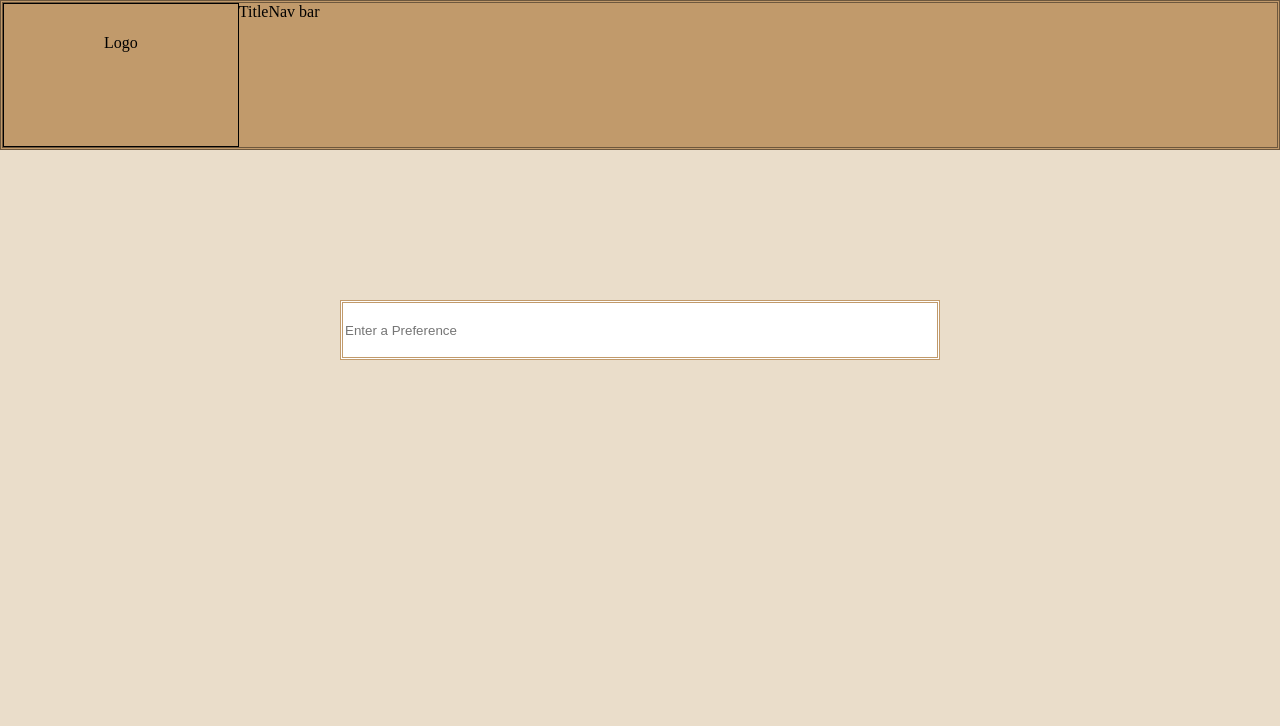
Repository: joshliu14/Travel-Mug
Page: /search
These files come from the project's save history. The page is drawn as it stood at one moment and after the next save; the edit follows.
The browser window is 1280 px wide. The pictures show the whole page.
The project was rebuilt for these pictures with package versions that can differ from the ones it lists, and the page was loaded fresh each time.

Above is the page before, as saved 2024-01-02 12:50:52.

### public/index.html
<!DOCTYPE html>
<html lang="en">
  <head>
    <meta charset="utf-8" />
    <link rel="icon" href="%PUBLIC_URL%/favicon.ico" />
    <link rel="stylesheet" href="./index.css" />
    <meta name="viewport" content="width=device-width, initial-scale=1" />
    <meta name="theme-color" content="#000000" />
    <meta
      name="description"
      content="Web site created using create-react-app"
    />
    <link rel="apple-touch-icon" href="%PUBLIC_URL%/logo192.png" />
    <!--
      manifest.json provides metadata used when your web app is installed on a
      user's mobile device or desktop. See https://developers.google.com/web/fundamentals/web-app-manifest/
    -->
    <link rel="manifest" href="%PUBLIC_URL%/manifest.json" />
    <!--
      Notice the use of %PUBLIC_URL% in the tags above.
      It will be replaced with the URL of the `public` folder during the build.
      Only files inside the `public` folder can be referenced from the HTML.

      Unlike "/favicon.ico" or "favicon.ico", "%PUBLIC_URL%/favicon.ico" will
      work correctly both with client-side routing and a non-root public URL.
      Learn how to configure a non-root public URL by running `npm run build`.
    -->
    <title>Travel Mug</title>
  </head>
  <body>
    <noscript>You need to enable JavaScript to run this app.</noscript>
    <div id="root"></div>
    <!--
      This HTML file is a template.
      If you open it directly in the browser, you will see an empty page.

      You can add webfonts, meta tags, or analytics to this file.
      The build step will place the bundled scripts into the <body> tag.

      To begin the development, run `npm start` or `yarn start`.
      To create a production bundle, use `npm run build` or `yarn build`.
    -->
  </body>
</html>

### src/index.js
import React from "react";
import ReactDOM from "react-dom";
import App from "./App";

import { BrowserRouter } from "react-router-dom";

ReactDOM.render(
  <BrowserRouter>
    <App />
  </BrowserRouter>,
  document.getElementById("root")
);

### src/App.js
import React from "react";
import Home from "./Home";

import { Switch, Route } from "react-router-dom";

const App = () => {
  return (
    <Switch>
      <Route exact path="/search">
        <Home />
      </Route>
    </Switch>
  );
};

export default App;

### src/Home.js
import React from "react";
import "./Home.css";

class Search extends React.Component {
  render() {
    return (
      <div>
        <div className="top">
          <div className="logo">Logo</div>
          <div className="title">Title</div>
          <div className="nav">Nav bar</div>
        </div>
        <div className="bottom">
          <div className="search-container">
            <input className="search-bar" placeholder="Enter a Preference" />
          </div>
        </div>
      </div>
    );
  }
}

export default Search;

### src/Home.css
.top {
  background-color: #c19a6b;
  display: flex;
  min-width: fit-content;
  min-height: 20vh;
  border-width: 3px;
  justify-items: auto;
  border-color: #6d573d;
  border-style: double;
}

.logo {
  padding: 30px 100px;
  border: 1px solid black;
}

.title {
}

.nav {
}

.bottom {
  background-color: #eaddca;
  display: flex;
  justify-content: center;
  min-width: fit-content;
  min-height: 80vh;
}

.search-container {
  justify-content: center;
  padding: 150px;
}

.search-bar {
  width: 600px;
  height: 60px;
  box-sizing: border-box;
  border-width: 3px;
  border-color: #c19a6b;
  border-style: double;
}

### public/index.css
html,
body {
  margin: 0px;
  padding: 0px;
}

After the next save:
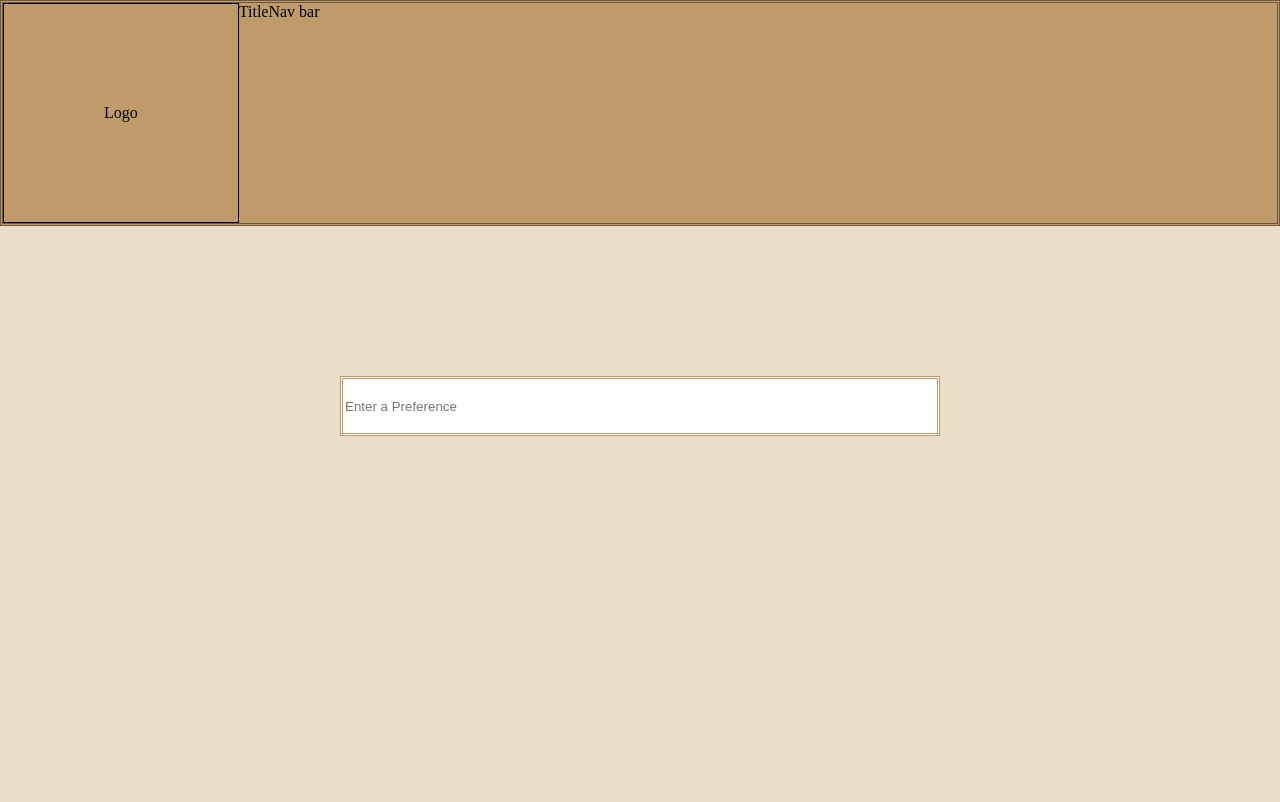
Saved 8 s later.
--- a/src/Home.css
+++ b/src/Home.css
@@ -10,7 +10,7 @@
 }
 
 .logo {
-  padding: 30px 100px;
+  padding: 100px 100px;
   border: 1px solid black;
 }
 

After the save that followed:
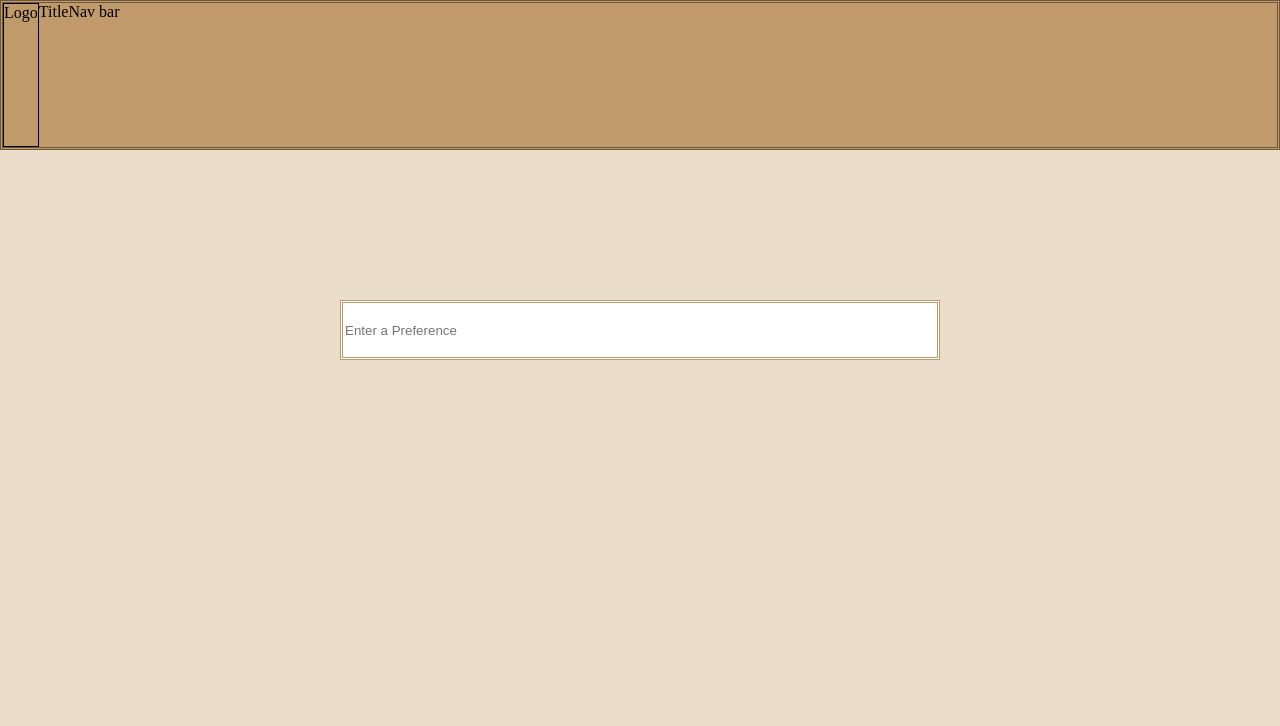
Saved 5 s later.
--- a/src/Home.css
+++ b/src/Home.css
@@ -10,7 +10,7 @@
 }
 
 .logo {
-  padding: 100px 100px;
+  padding: px 100px;
   border: 1px solid black;
 }
 
